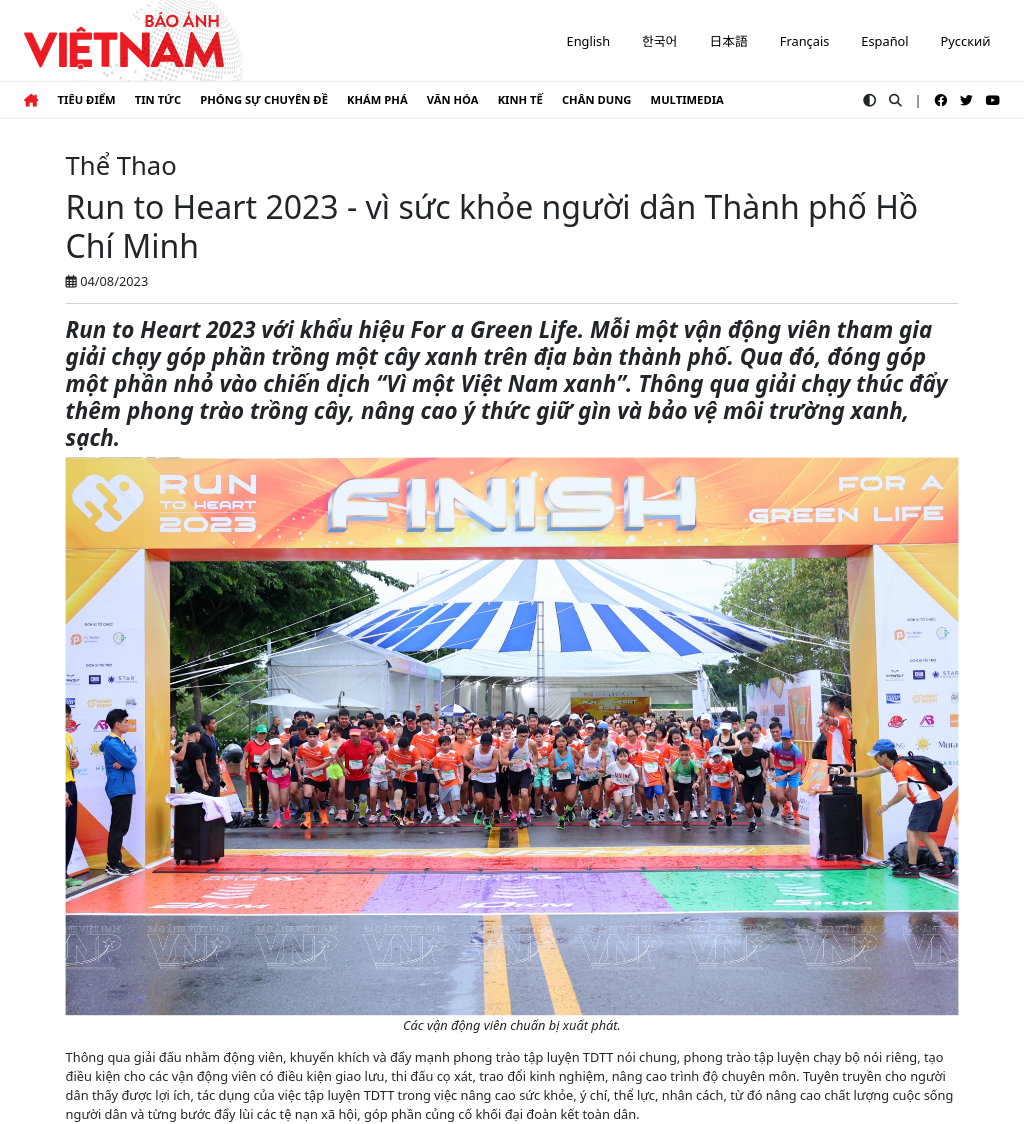
Repository: kietdotshp/webtintuc
Page: Detail.html
These files come from the project's save history. The page is drawn as it stood at one moment and after a run of saves; the edit follows.
The browser window is 1280 px wide. The pictures show the whole page, at 80% of full size.
Some web libraries are served in a nearby version.

Above is the page before, as saved 2023-08-10 16:20:16.

### Detail.html
<!DOCTYPE html>
<html lang="en">

<head>
    <title></title>
    <meta charset="UTF-8">
    <meta name="viewport" content="width=device-width, initial-scale=1">
    <link href="assets/css/detail.css" rel="stylesheet">
    <link href="https://cdn.jsdelivr.net/npm/bootstrap@5.3.1/dist/css/bootstrap.min.css" rel="stylesheet"
        integrity="sha384-4bw+/aepP/YC94hEpVNVgiZdgIC5+VKNBQNGCHeKRQN+PtmoHDEXuppvnDJzQIu9" crossorigin="anonymous">
    <link href="https://cdn.jsdelivr.net/npm/bootstrap@5.3.1/dist/css/bootstrap.min.css" rel="stylesheet"
        integrity="sha384-4bw+/aepP/YC94hEpVNVgiZdgIC5+VKNBQNGCHeKRQN+PtmoHDEXuppvnDJzQIu9" crossorigin="anonymous" />
    <script src="https://cdn.jsdelivr.net/npm/bootstrap@5.3.1/dist/js/bootstrap.bundle.min.js"></script>
    <script src="https://kit.fontawesome.com/a076d05399.js"></script>
    <link rel="stylesheet" href="https://cdnjs.cloudflare.com/ajax/libs/font-awesome/6.4.2/css/all.min.css"
        integrity="sha512-z3gLpd7yknf1YoNbCzqRKc4qyor8gaKU1qmn+CShxbuBusANI9QpRohGBreCFkKxLhei6S9CQXFEbbKuqLg0DA=="
        crossorigin="anonymous" referrerpolicy="no-referrer" />

    <link rel="stylesheet" href="https://cdnjs.cloudflare.com/ajax/libs/font-awesome/4.7.0/css/font-awesome.min.css" />
</head>

<header>
    <div class="container-custom">
        <section class="d-flex align-items-center justify-content-between">
            <!-- Web logo -->
            <figure class="web-logo">
                <img src="./assets/images/logo-vi.svg" alt="Logo" class="img-contain" />
            </figure>

            <div class="d-none d-lg-flex align-items-center gap-3">
                <a href="javascript:void(0)" class="choose-lang">English</a>
                <a href="javascript:void(0)" class="choose-lang">한국어</a>
                <a href="javascript:void(0)" class="choose-lang">日本語</a>
                <a href="javascript:void(0)" class="choose-lang">Français</a>
                <a href="javascript:void(0)" class="choose-lang">Español</a>
                <a href="javascript:void(0)" class="choose-lang">Русский</a>
            </div>

            <a class="mobile-menu d-lg-none" href="javascript:void(0)">
                <i class="fa-solid fa-bars-staggered fs-2"></i>
            </a>
        </section>
    </div>

    <div class="line-seperate-horizontal"></div>

    <div class="container-custom">
        <section class="d-flex align-items-center justify-content-between py-3 py-lg-0">
            <div class="d-flex align-items-center gap-4 gap-xxl-5">
                <a href="javascript:void(0)">
                    <i class="fa-solid fa-house-chimney color-primary"></i>
                </a>

                <div class="d-none d-lg-flex align-items-center gap-4 gap-xxl-5">
                    <a href="javascript:void(0)" class="menu-item">Tiêu điểm</a>
                    <a href="javascript:void(0)" class="menu-item">Tin tức</a>
                    <a href="javascript:void(0)" class="menu-item">Phóng sự chuyên đề</a>
                    <a href="javascript:void(0)" class="menu-item">Khám phá</a>
                    <a href="javascript:void(0)" class="menu-item">Văn hóa</a>
                    <a href="javascript:void(0)" class="menu-item">Kinh tế</a>
                    <a href="javascript:void(0)" class="menu-item">Chân dung</a>
                    <a href="javascript:void(0)" class="menu-item">Multimedia</a>
                </div>
            </div>

            <div class="d-flex align-items-center gap-3">
                <div class="d-flex align-items-center gap-3">
                    <div class="cursor-pointer">
                        <i class="fa-solid fa-circle-half-stroke"></i>
                    </div>
                    <div class="cursor-pointer">
                        <i class="fa-solid fa-magnifying-glass"></i>
                    </div>
                </div>

                <div class="d-lg-none d-xl-block">|</div>

                <div class="d-lg-none d-xl-flex align-items-center gap-3">
                    <a href="javascript:void(0)">
                        <i class="fa-brands fa-facebook-f"></i>
                    </a>
                    <a href="javascript:void(0)">
                        <i class="fa-brands fa-twitter"></i>
                    </a>
                    <a href="javascript:void(0)">
                        <i class="fa-brands fa-youtube"></i>
                    </a>
                </div>
            </div>
        </section>
    </div>
</header>
<div class="line-seperate-horizontal"></div>

<body>
    <div class="container">
        <div class="detailmenu">
            <h2>
                <link href="#" target="kiểu mở liên kết">Thể Thao</link>
            </h2>
            <h1>Run to Heart 2023 - vì sức khỏe người dân Thành phố Hồ Chí Minh</h1>
            <div class="timeline">
                <time>
                    <i class="fa-regular fa-calendar"></i>
                    04/08/2023
                </time>
            </div>
            <hr />
        </div>
        <div>
            <h3>
                <span class="title">Run to Heart 2023 với khẩu hiệu For a Green Life.
                    Mỗi một vận động viên tham gia giải chạy góp phần trồng một cây xanh trên địa bàn thành phố.
                    Qua đó, đóng góp một phần nhỏ vào chiến dịch “Vì một Việt Nam xanh”. Thông qua giải chạy thúc đẩy
                    thêm phong trào trồng cây, nâng cao ý thức giữ gìn và bảo vệ môi trường xanh, sạch.
                </span>
            </h3>
            <img src="assets/images/detail1.jpg">
            <p style="color:darkbluel;text-align:center;font-style:italic;">Các vận động viên chuẩn bị xuất phát.
            </p>
            <div class="">Thông qua giải đấu nhằm động viên, khuyến khích và đẩy mạnh phong trào tập luyện TDTT nói chung, phong trào tập luyện chạy bộ nói riêng, tạo điều kiện cho các vận động viên có điều kiện giao lưu, thi đấu cọ xát, trao đổi kinh nghiệm, nâng cao trình độ chuyên môn.

                Tuyên truyền cho người dân thấy được lợi ích, tác dụng của việc tập luyện TDTT trong việc nâng cao sức khỏe, ý chí, thể lực, nhân cách, từ đó nâng cao chất lượng cuộc sống người dân và từng bước đẩy lùi các tệ nạn xã hội, góp phần củng cố khối đại đoàn kết toàn dân.
            </div>
        </div>

    </div>
</body>

</html>

### assets/css/detail.css
:root {
    --main-color: #333;
    --main-red-color: #ed1c24;
    --main-white-color: #fff;
    --main-blue-color-1: #b8dcf3;
    --main-blue-color-2: #467491;
    --main-grey-color-1: #666;
    --main-grey-color-2: #888;
    --main-grey-color-3: #f0f0f0;
    --main-border-color: #e0e0e0;
  }

  /* Common */
  .body {
    display: flex;
    flex-direction: column;
    min-height: 100vh;
    font-size: 16px;
    color: var(--main-color);
    font-family: 'Roboto-Regular', sans-serif;
  }

  .img-cover {
    width: 100%;
    height: 100%;
    object-fit: cover;
  }

  .img-contain {
    width: 100%;
    height: 100%;
    object-fit: contain;
  }

  img {
    max-width: 100%;
    max-height: 100%;
  }

  a {
    text-decoration: none !important;
    color: initial !important;
  }

  .color-primary {
    color: var(--main-red-color);
  }

  .cursor-pointer {
    cursor: pointer;
  }

  .container-custom {
    max-width: 1400px;
    padding-inline: 15px;
    margin: 0 auto;

    @media (min-width: 768px) {
      padding-inline: 30px;
    }
  }

  .text-line-clamp-2 {
    display: -webkit-box;
    -webkit-line-clamp: 2;
    -webkit-box-orient: vertical;
    overflow: hidden;
  }

  .text-line-clamp-3 {
    display: -webkit-box;
    -webkit-line-clamp: 3;
    -webkit-box-orient: vertical;
    overflow: hidden;
  }

  .image-padding-top {
    position: relative;
    padding-top: 56.25%;
  }

  /* Header css */
  .web-logo {
    position: relative;
    padding-block: 14px;
    margin-bottom: 0;
    width: 150px;

    @media (min-width: 992px) {
      width: 250px;
    }
  }

  .web-logo::after {
    content: '';
    background: url('../images/earth-digital.svg') no-repeat;
    width: 100%;
    height: 100%;
    opacity: 0.2;
    position: absolute;
    right: -60px;
    top: 0;
  }

  .choose-lang {
    border-radius: 9999px;
    padding: 6px 12px;
  }

  .choose-lang:hover {
    background-color: var(--main-border-color);
  }

  .line-seperate-horizontal {
    width: 100%;
    height: 1px;
    background-color: #e0e0e0;
  }

  .line-seperate-vertical {
    width: 1px;
    height: 100%;
    background-color: #e0e0e0;
    margin: 0 auto;
  }

  .menu-item {
    text-transform: uppercase;
    font-weight: 700;
    font-size: 14px;
    position: relative;
    padding-block: 12px;
    white-space: nowrap;
  }

  .menu-item::before {
    content: '';
    position: absolute;
    top: -1px;
    left: 50%;
    right: 50%;
    transform: translate(-50%, 0);
    width: 0;
    height: 2px;
    background: var(--main-red-color);
    transition: all 0.2s linear;
  }

  .menu-item:hover:before {
    width: 100%;
  }

  /* Carousel */
  .carousel-item {
    position: absolute !important;
    top: 0;
    left: 0;
    width: 100%;
    height: 100%;
  }

  .carousel-control-next,
  .carousel-control-prev {
    width: 10% !important;
  }

  .carousel-control-prev,
  .carousel-control-next {
    opacity: 0 !important;
  }

  .carousel:hover .carousel-control-prev,
  .carousel:hover .carousel-control-next {
    transition: all 0.3s linear;
    opacity: 1 !important;
  }

  /* Main */
  .content {
    border: 1px solid var(--main-border-color);
    padding: 20px;
  }

  .content-spacing {
    margin-block: 40px;
  }

  .content-title {
    display: inline-block;
    color: var(--main-red-color);
    line-height: 26px;
    font-size: 26px;
    font-weight: 600;
    margin-bottom: 20px;
  }

  .article-title {
    font-size: 22px;
    font-weight: 600;
  }

  .article-title.sub {
    font-size: 16px;
  }

  .article-category {
    text-transform: uppercase;
    font-size: 12px;
    color: var(--main-grey-color-2);
  }

  .content-ul-list {
    padding-left: 20px;
    margin-bottom: 0;
    max-height: 480px;
    overflow: auto;
  }

  .content-ul-list li::marker {
    color: var(--main-red-color);
  }

  /* Spacing */
  .mb-10px {
    margin-bottom: 10px;
  }

  .max-w-40px {
    max-width: 40px !important;
  }
  .h2{
    color: var(--main-red-color);
  }
  .detailmenu{
    margin-top: 40px;
  }
  .title{
    font-weight: 700;
    font-style:italic;
  }

After the next 2 saves:
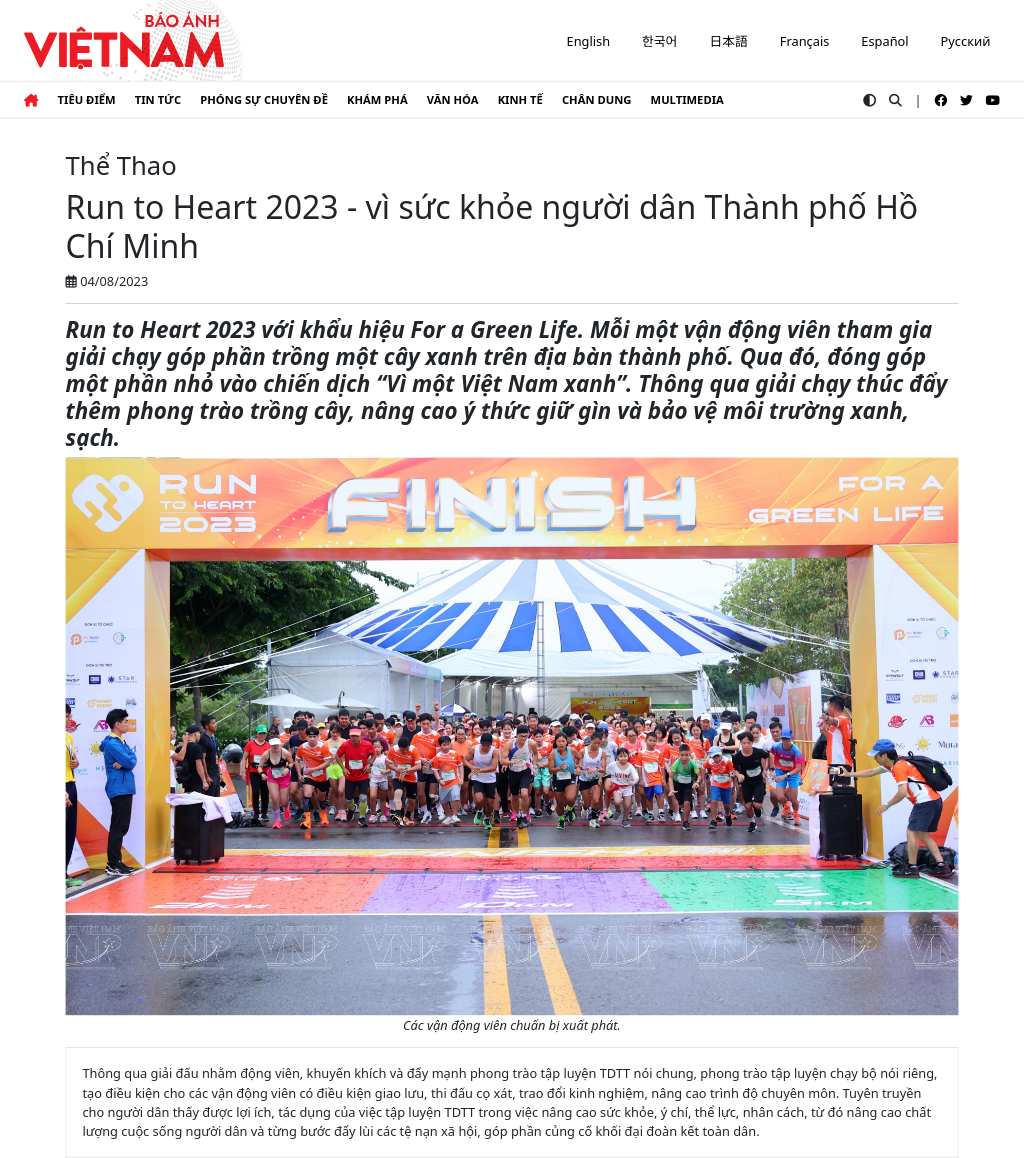
The 2 saves are shown as one change because they came seconds apart.
The last was saved 21 s later.
--- a/Detail.html
+++ b/Detail.html
@@ -118,7 +118,7 @@
             <img src="assets/images/detail1.jpg">
             <p style="color:darkbluel;text-align:center;font-style:italic;">Các vận động viên chuẩn bị xuất phát.
             </p>
-            <div class="">Thông qua giải đấu nhằm động viên, khuyến khích và đẩy mạnh phong trào tập luyện TDTT nói chung, phong trào tập luyện chạy bộ nói riêng, tạo điều kiện cho các vận động viên có điều kiện giao lưu, thi đấu cọ xát, trao đổi kinh nghiệm, nâng cao trình độ chuyên môn.
+            <div class="content">Thông qua giải đấu nhằm động viên, khuyến khích và đẩy mạnh phong trào tập luyện TDTT nói chung, phong trào tập luyện chạy bộ nói riêng, tạo điều kiện cho các vận động viên có điều kiện giao lưu, thi đấu cọ xát, trao đổi kinh nghiệm, nâng cao trình độ chuyên môn.
 
                 Tuyên truyền cho người dân thấy được lợi ích, tác dụng của việc tập luyện TDTT trong việc nâng cao sức khỏe, ý chí, thể lực, nhân cách, từ đó nâng cao chất lượng cuộc sống người dân và từng bước đẩy lùi các tệ nạn xã hội, góp phần củng cố khối đại đoàn kết toàn dân.
             </div>
